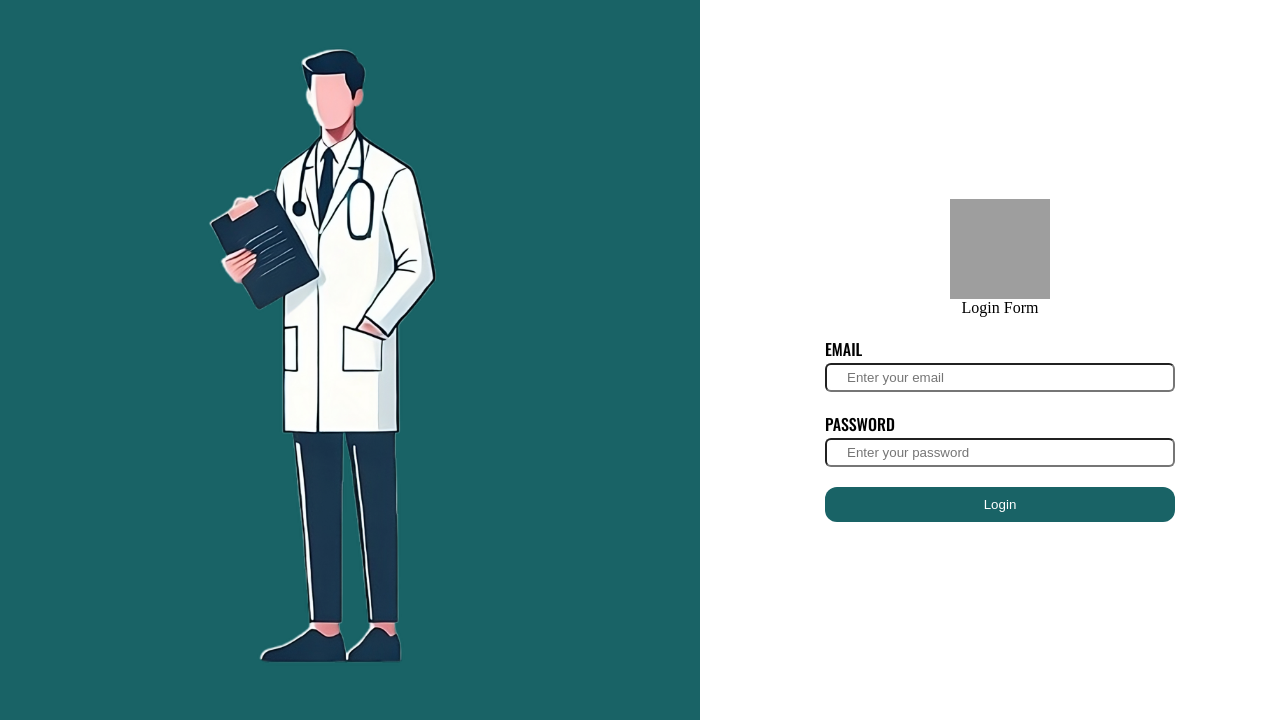
Repository: AriaFantom/Minor-Project
Page: http://localhost/Project/register.jsp
These files come from the project's save history. The page is drawn as it stood at one moment and after the next save; the edit follows.
The browser window is 1280 px wide. The pictures show the whole page.
Pictures or frames that could not be fetched are drawn as grey boxes. Some web fonts or font styles are not loaded; a fallback is used. The page is served by Tomcat 10. Other server files are loaded and not shown.

Above is the page before, as saved 2024-11-18 17:59:10.

### Project/src/main/webapp/register.jsp
<%@ page language="java" contentType="text/html; charset=UTF-8"
    pageEncoding="UTF-8"%>
<!DOCTYPE html>
<html lang="en">
<head>
    <meta charset="UTF-8">
    <title>Title</title>
    <link rel="stylesheet" href="css/register.css">
</head>
<body>
<main>
    <div class="aside-form">
        <img src="assets/form-side-vector.png" alt="vector">
    </div>
    <div class="form-section">
        <img src="assets/icons/logo.png" alt="logo">
        <p>Login Form</p>
        <form>
            <label for="email">Email</label>
            <input type="email" id="email" placeholder="Enter your email">
            <label for="password">Password</label>
            <input type="password" id="password" placeholder="Enter your password">
            <button>Login</button>
        </form>
    </div>
</main>
</body>
</html>

### Project/src/main/webapp/css/register.css
@charset "UTF-8";

@import url('https://fonts.googleapis.com/css2?family=Oswald:wght@200..700&display=swap');
@import url('https://fonts.googleapis.com/css2?family=Open+Sans:ital,wght@0,300..800;1,300..800&display=swap');
@import url('https://fonts.googleapis.com/css2?family=DM+Serif+Text:ital@0;1&family=PT+Sans:ital,wght@0,400;0,700;1,400;1,700&display=swap');
* {
    box-sizing: border-box;
    margin: 0;
    padding: 0;
}

body {
    margin: 0;
    padding: 0;

}

main {
    display: grid;
    grid-template-columns: 1fr 1fr;
    gap: 20px;
    justify-content: center;
    align-items: center;
    height: 100vh;
}

.form-footer {
	font-family: 'DM Serif Text', sans-serif;
    margin: 8px 0;
}

main img {
    width: 100px;
    height: 100px;
}
.form-section {
    display: flex;
    flex-direction: column;
    justify-content: center;
    align-items: center;
    width: 100%;
}

.form-heading {
    font-family: 'Oswald', sans-serif;
    font-size: 2rem;
    margin-bottom: 20px;
    text-transform: uppercase;
}

form {
    display: flex;
    flex-direction: column;
    justify-content: center;
    width: 350px;
}

form label {
    font-family: 'Oswald', sans-serif;
    margin-top: 20px;
    margin-bottom: 2px;
    font-weight: 500;
    text-transform: uppercase;
}
form input {
    font-family: 'DM Serif Text', sans-serif;
    padding: 5px 20px;
    border-radius: 6px;
}

form button {
    font-family: 'DM Serif Text', sans-serif;
    margin-top: 20px;
    padding: 10px;
    background-color: #196366;
    color: #fff;
    border: none;
    cursor: pointer;
    border-radius: 12px;
}

.aside-form {
    background: #196366;
    height: 100%;
    width: 100%;
    display: flex;
    align-items: center;
    justify-content: center;
}

.aside-form img {
    width: 700px;
    height: 700px;
}
.alert {
            padding: 15px;
            margin: 20px auto;
            border-radius: 4px;
            width: 95%;
            font-size: 16px;
            text-align: center;
}
.alert-success {
            color: #155724;
            background-color: #d4edda;
            border: 1px solid #c3e6cb;
}
.alert-danger {
            color: #721c24;
            background-color: #f8d7da;
            border: 1px solid #f5c6cb;
 }
.errordiv {
	display: flex;
	flex-direction: column;
	align-items:center;
	justify-content:center;
	background-color: #96c2c2;
	height: 100vh;
	width: 100%;
	font-family: "Poppins", sans-serif;
}

.errordiv h1 {
	text-transform: uppercase;
}

After the next save:
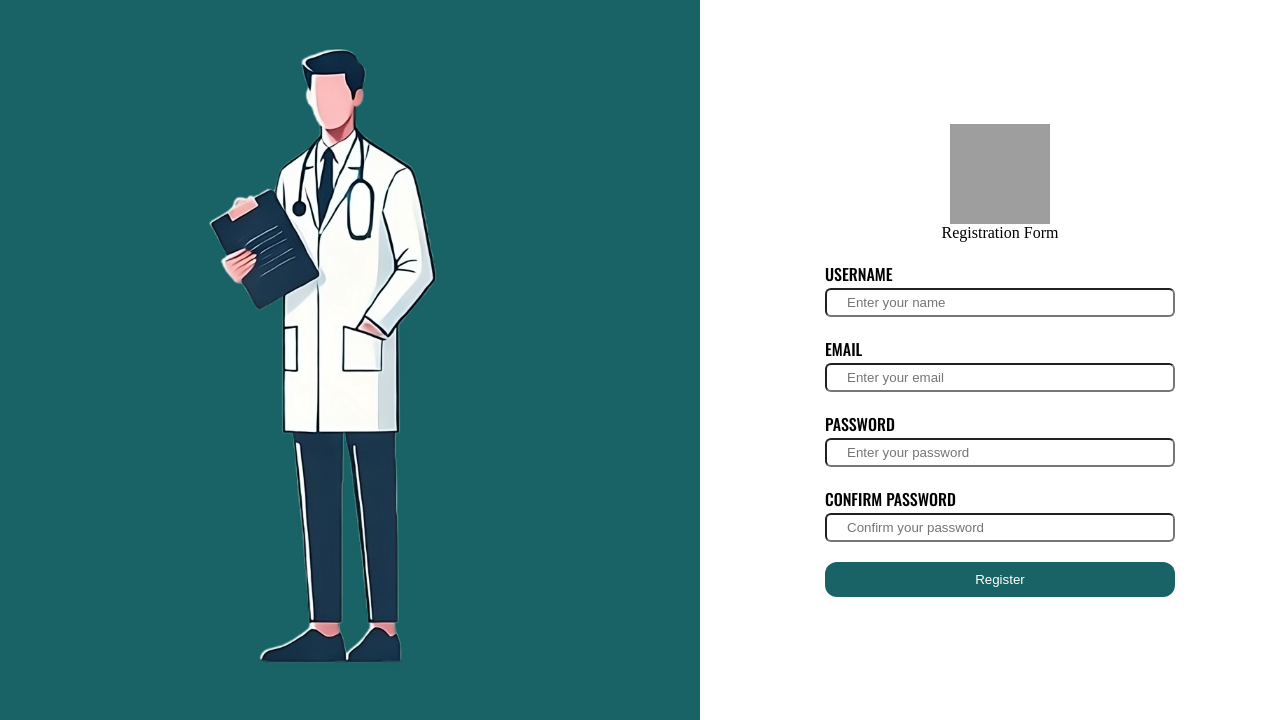
Saved 12 min 30 s later.
--- a/Project/src/main/webapp/register.jsp
+++ b/Project/src/main/webapp/register.jsp
@@ -14,13 +14,18 @@
     </div>
     <div class="form-section">
         <img src="assets/icons/logo.png" alt="logo">
-        <p>Login Form</p>
+        <p>Registration Form</p>
+
         <form>
+            <label for="name">Username</label>
+            <input type="text" id="name" placeholder="Enter your name">
             <label for="email">Email</label>
             <input type="email" id="email" placeholder="Enter your email">
             <label for="password">Password</label>
             <input type="password" id="password" placeholder="Enter your password">
-            <button>Login</button>
+            <label for="confirm-password">Confirm Password</label>
+            <input type="password" id="confirm-password" placeholder="Confirm your password">
+            <button>Register</button>
         </form>
     </div>
 </main>
